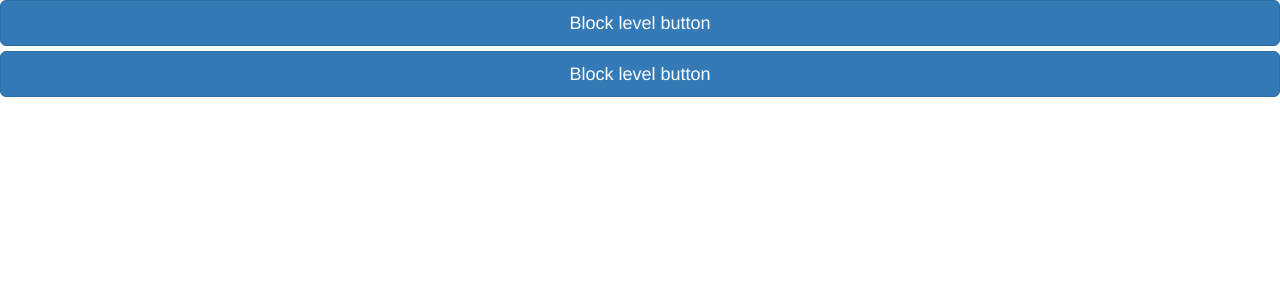
Repository: vivek9520/ITPfinal
Page: http://localhost/ITP/ReportMain.jsp
These files come from the project's save history. The page is drawn as it stood at one moment and after the next save; the edit follows.
The browser window is 1280 px wide. The pictures show the whole page.
The page is served by Tomcat 9.

Above is the page before, as saved 2019-10-05 11:11:56.

### ITP 2/ITP/WebContent/ReportMain.jsp
<%@ page language="java" contentType="text/html; charset=UTF-8"
    pageEncoding="UTF-8"%>
<!DOCTYPE html>
<html>
<head>
<meta charset="UTF-8">
<title>Main Report</title>
<meta charset="utf-8">
  <meta name="viewport" content="width=device-width, initial-scale=1">
  <link rel="stylesheet" href="https://maxcdn.bootstrapcdn.com/bootstrap/3.4.0/css/bootstrap.min.css">
  <script src="https://ajax.googleapis.com/ajax/libs/jquery/3.4.1/jquery.min.js"></script>
  <script src="https://maxcdn.bootstrapcdn.com/bootstrap/3.4.0/js/bootstrap.min.js"></script>

</head>
<body>
<button type="button" class="btn btn-primary btn-lg btn-block">Block level button</button>
<button type="button" class="btn btn-primary btn-lg btn-block">Block level button</button>
</body>
</html>

After the next save:
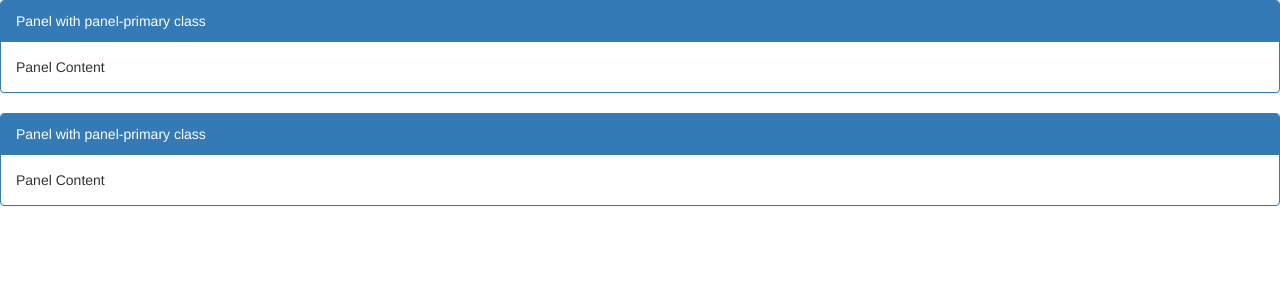
Saved 92 s later.
--- a/ITP 2/ITP/WebContent/ReportMain.jsp
+++ b/ITP 2/ITP/WebContent/ReportMain.jsp
@@ -13,7 +13,15 @@
 
 </head>
 <body>
-<button type="button" class="btn btn-primary btn-lg btn-block">Block level button</button>
-<button type="button" class="btn btn-primary btn-lg btn-block">Block level button</button>
+ <div class="panel panel-primary">
+      <div class="panel-heading">Panel with panel-primary class</div>
+      <div class="panel-body">Panel Content</div>
+    </div>
+
+     <div class="panel panel-primary">
+      <div class="panel-heading">Panel with panel-primary class</div>
+      <div class="panel-body">Panel Content</div>
+    </div>
+
 </body>
 </html>
